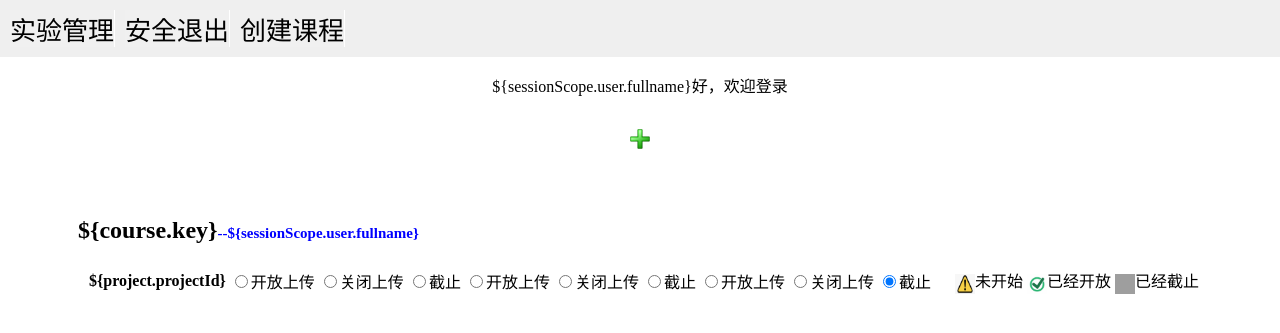
Repository: IAmJiangWenHao/ReportServer
Page: web/demo.html
The author's editor kept a copy of each file at every save. The page is drawn from the files as they stood at one save, then again after the next save.
The browser window is 1280 px wide. The pictures show the whole page.
Pictures or frames that could not be fetched are drawn as grey boxes.

Above is the page before, as saved 2023-05-19 18:06:43.
Console error: ReferenceError: requests is not defined

After the next save:
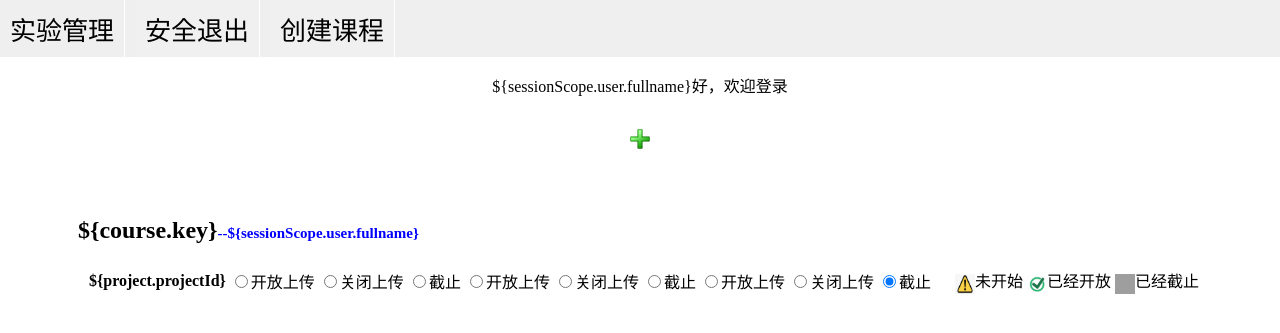
Saved 19 s later.
--- a/web/demo.html
+++ b/web/demo.html
@@ -30,6 +30,7 @@
   <body style="margin: 0;">
     <style>
       .topbar-item{
+        padding: 10px;
         margin-right: 10px;
         border-right: 1px solid white;
         background-color: rgba(240, 240, 240, 1)
@@ -212,7 +213,7 @@
        };
     </script>
     <div >
-      <div style="display:flex;font-size: 26px;padding: 10px; background-color: buttonface;">
+      <div style="display:flex;font-size: 26px;background-color: buttonface;">
         <div class="topbar-item" color="black"> 实验管理</div>
         <div class="topbar-item"><a style="color: black;text-decoration:none;" href="exit.jsp">安全退出</a></div>
         <div class="topbar-item" onclick="createCourse()">创建课程</div></div>
